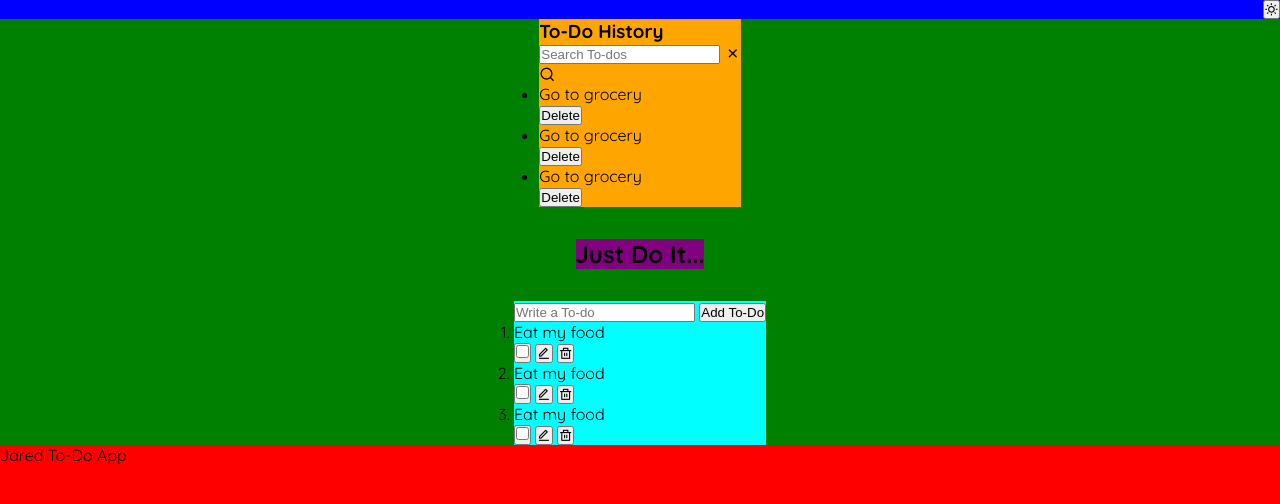
Repository: EguJaredoBoyd/Jared-ToDo-App
Page: main.html
The author's editor kept a copy of each file at every save. The page is drawn from the files as they stood at one save, then again after the next save.
The browser window is 1280 px wide. The pictures show the whole page.
Some web libraries are served in a nearby version.

Above is the page before, as saved 2025-12-23 16:57:27.
Not found: js/to-do.j

### main.html
<!DOCTYPE html>
<html lang="en">
  <head>
    <meta charset="UTF-8" />
    <meta name="viewport" content="width=device-width, initial-scale=1.0" />
    <title>Document</title>
    <link
      href="https://cdn.jsdelivr.net/npm/remixicon@4.7.0/fonts/remixicon.css"
      rel="stylesheet"
    />
    <link rel="preconnect" href="https://fonts.googleapis.com" />
    <link rel="preconnect" href="https://fonts.gstatic.com" crossorigin />
    <link
      href="https://fonts.googleapis.com/css2?family=Quicksand:wght@300..700&display=swap"
      rel="stylesheet"
    />
    <link rel="stylesheet" href="./css/main.css" />
    <script src="./js/to-do.j" defer></script>
  </head>

  <body>
    <div class="body__todo-wrapper">
      <header>
        <button><i class="ri-sun-line"></i></button>
      </header>

      <main>
        <section class="todo-history">
          <div>
            <h3>To-Do History</h3>
          </div>
          <div>
            <div>
              <input type="text" placeholder="Search To-dos " />
              <i class="ri-close-line"></i>
            </div>
            <i class="ri-search-line"></i>
          </div>
          <div>
            <ul>
              <div>
                <li>Go to grocery</li>
                <button>Delete</button>
              </div>
              <div>
                <li>Go to grocery</li>
                <button>Delete</button>
              </div>
              <div>
                <li>Go to grocery</li>
                <button>Delete</button>
              </div>
            </ul>
          </div>
        </section>

        <section class="todo-title">
          <div>
            <h2>Just Do It...</h2>
          </div>
        </section>

        <section class="todo-add-task">
          <div class="To-Do">
            <input type="text" id="to-do" placeholder="Write a To-do" />
            <button id="add-task">Add To-Do</button>

            <ol id="task-show" class="task-list">
              <div>
                <li>Eat my food</li>
                <button>
                  <input type="checkbox" name="checkbox" id="checkbox" />
                </button>
                <button><i class="ri-edit-line"></i></button>
                <button><i class="ri-delete-bin-line"></i></button>
              </div>
              <div>
                <li>Eat my food</li>
                <button>
                  <input type="checkbox" name="checkbox" id="checkbox" />
                </button>
                <button><i class="ri-edit-line"></i></button>
                <button><i class="ri-delete-bin-line"></i></button>
              </div>
              <div>
                <li>Eat my food</li>
                <button>
                  <input type="checkbox" name="checkbox" id="checkbox" />
                </button>
                <button><i class="ri-edit-line"></i></button>
                <button><i class="ri-delete-bin-line"></i></button>
              </div>
            </ol>
          </div>
        </section>
      </main>

      <footer>
        <div>Jared To-Do App</div>
      </footer>
    </div>
  </body>
</html>

### css/main.css
*,
*::before,
*::after {
  box-sizing: border-box;
  margin: 0;
  padding: 0;
}

:root {
  /* My project colours to use */
  --primary-color: #21295c;
  --secondary-color: #ffffff;

  /* My font size to use */
  --font-base: 16px;

  /* My spaces to use */
}

html {
  font-size: var(--font-base);
}

body {
  font-family: "Quicksand", sans-serif;
  background-color: red;
  max-width: 100vw;
  max-height: 100vh;
}

.body__todo-wrapper header {
  display: flex;
  justify-content: end;
  align-items: center;
  background-color: blue;
}

main {
  display: flex;
  flex-direction: column;
  justify-content: center;
  align-items: center;
  background-color: green;
  gap: 2rem;
  width: 100vw;
}

.todo-history {
  background-color: orange;
}

.todo-title {
  background-color: purple;
}

.todo-add-task {
  background-color: aqua;
}

After the next save:
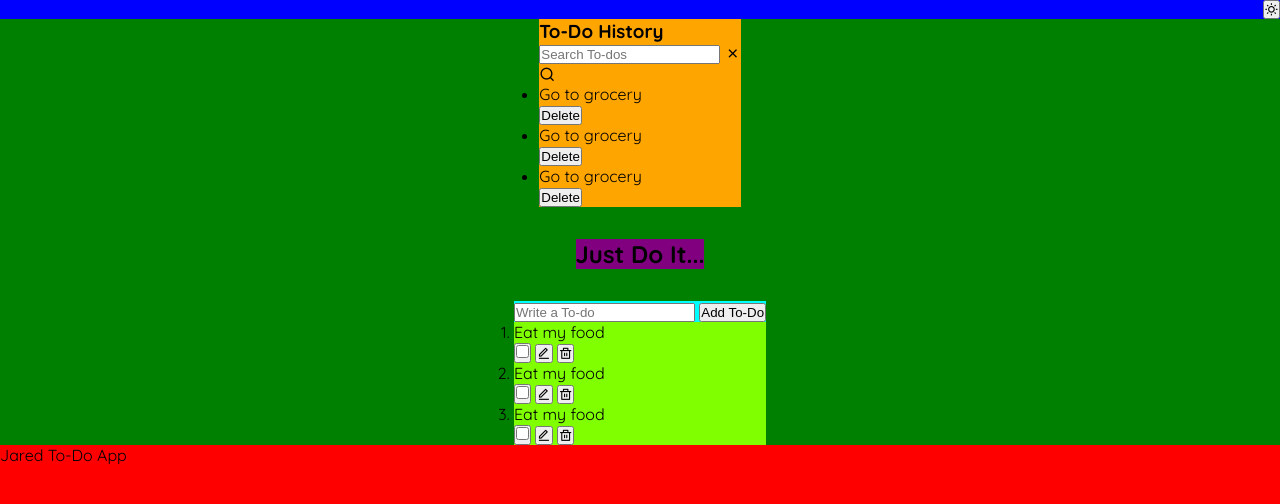
Saved 27 s later.
--- a/css/main.css
+++ b/css/main.css
@@ -56,3 +56,7 @@ main {
 .todo-add-task {
   background-color: aqua;
 }
+
+.task-list {
+  background-color: chartreuse;
+}
